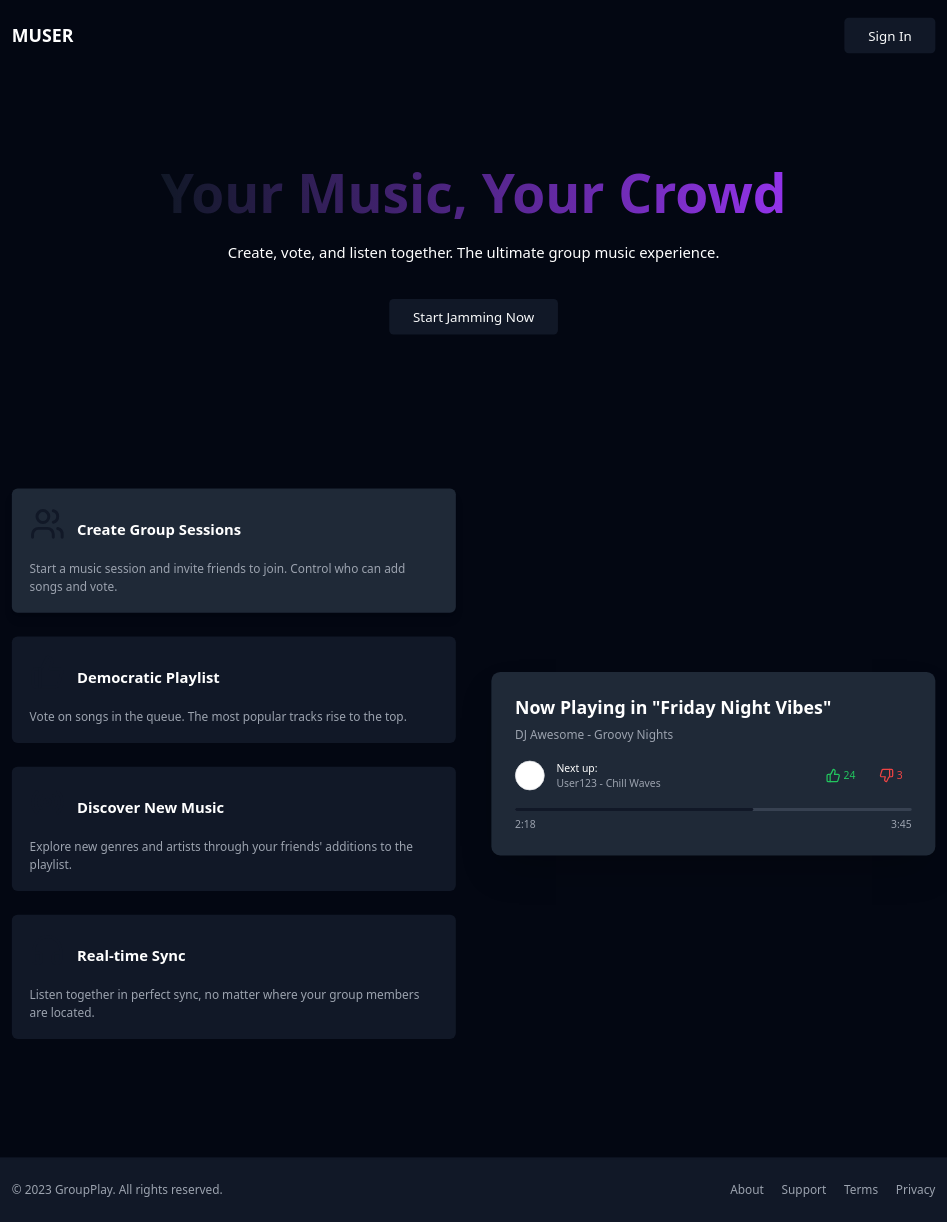
Repository: vbhv12/Muser
Page: /
The author's editor kept a copy of each file at every save. The page is drawn from the files as they stood at one save, then again after the next save.
The browser window is 1280 px wide. The pictures show the whole page, at 74% of full size.
The page's requests for data from a server got no answer. The project was rebuilt for these pictures with package versions that can differ from the ones it lists, and the page was loaded fresh each time. The framework's server and built-in components were replaced by stand-ins that run in the browser. No one was signed in, and anything a server would have sent is missing. Also part of the build but not shown: next.config.mjs.

Above is the page before, as saved 2025-01-25 08:17:01.

After the next save:
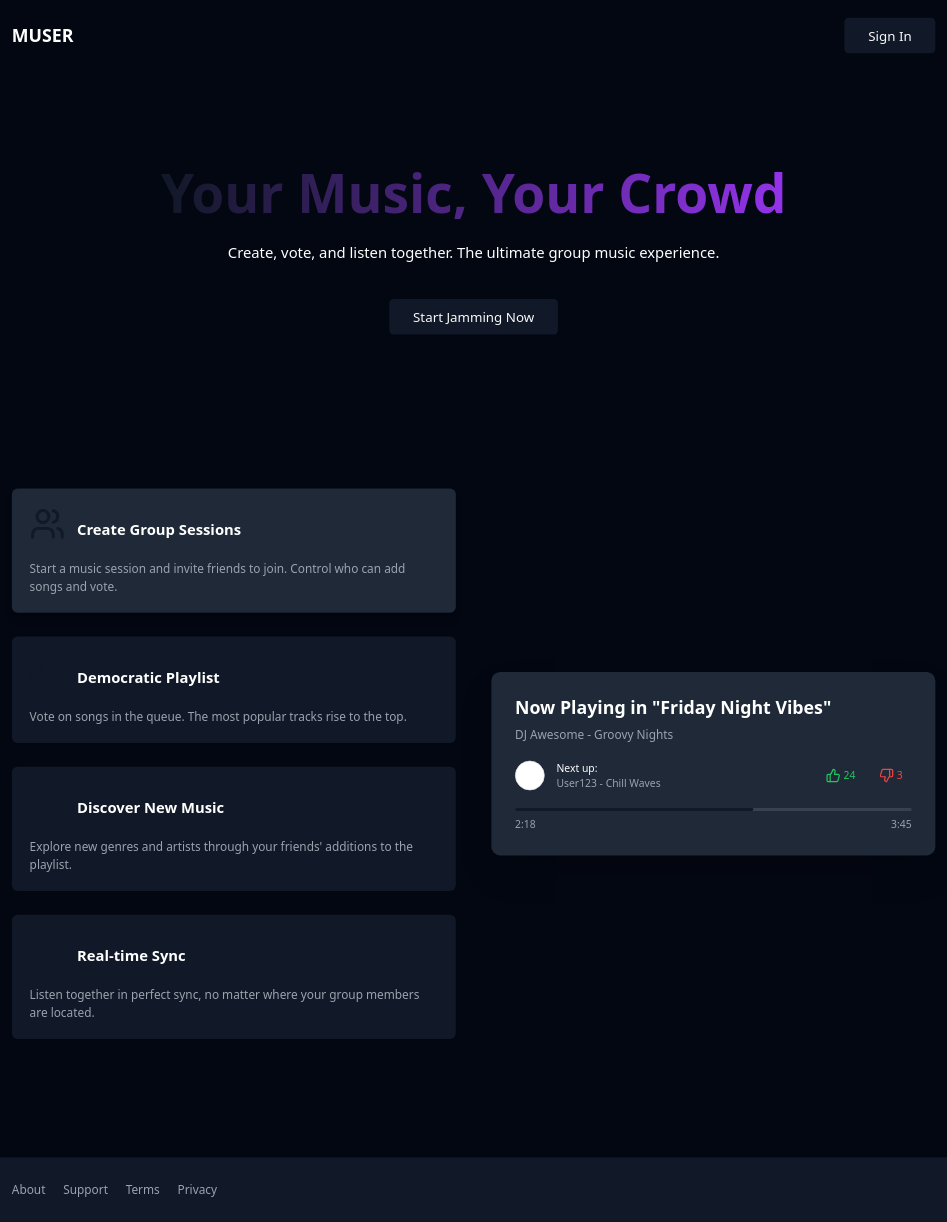
Saved 28 s later.
--- a/app/page.tsx
+++ b/app/page.tsx
@@ -94,7 +94,7 @@ export default async function Home() {
 
           <footer className="bg-gray-900 py-8 mt-20">
             <div className="container mx-auto px-4 flex flex-col sm:flex-row justify-between items-center">
-              <p className="text-gray-400 mb-4 sm:mb-0">&copy; 2023 GroupPlay. All rights reserved.</p>
+              {/* <p className="text-gray-400 mb-4 sm:mb-0">&copy; 2023 GroupPlay. All rights reserved.</p> */}
               <div className="flex space-x-6 text-gray-400">
                 <Link href="#" className="hover:text-white">About</Link>
                 <Link href="#" className="hover:text-white">Support</Link>
